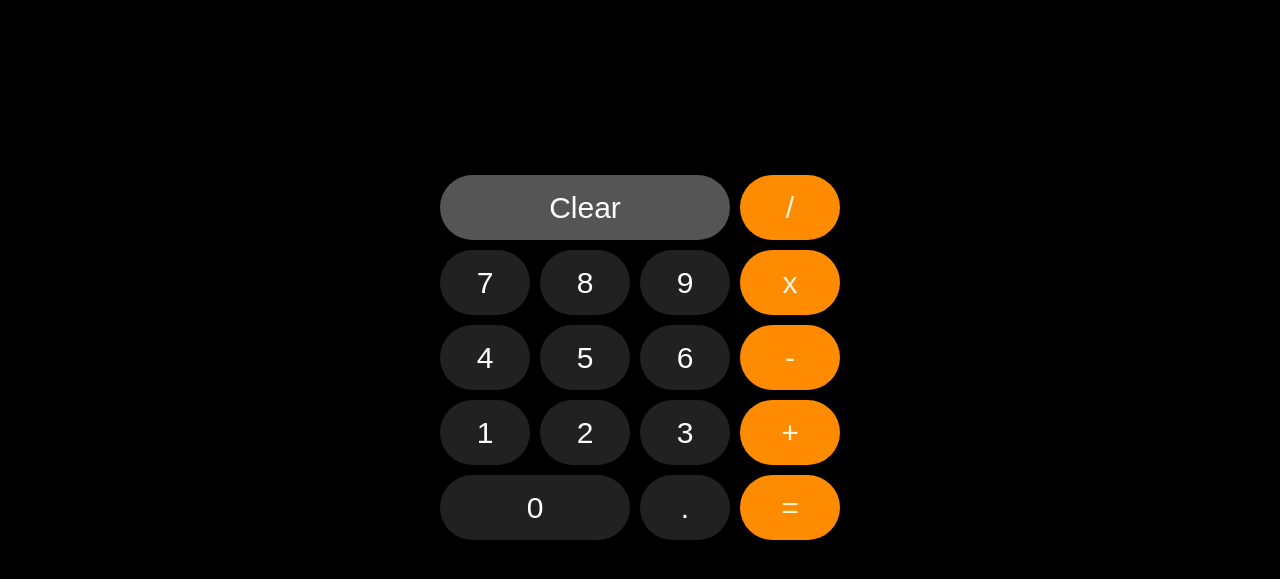
Repository: kocokoy/Calculator
Page: index.html
The author's editor kept a copy of each file at every save. The page is drawn from the files as they stood at one save, then again after the next save.
The browser window is 1280 px wide. The pictures show the whole page.

Above is the page before, as saved 2024-10-22 17:08:18.

### index.html
<!DOCTYPE html>
<html lang="en">
<head>
  <meta charset="UTF-8">
  <meta name="viewport" content="width=device-width, initial-scale=1.0">
  <link rel="stylesheet" href="/style.css">
  <title>Document</title>
</head>
<body>
  <div class="container">
    <div class="output-number">
      <div class="number"></div>
    </div>
    <div class="calculator-container">
      <div class="number-and-clear-container">
        <div class="clear-button-container">
        </div>
        <div class="number-container">

        </div>
        <div class="zero-button-container">
        </div>
      </div>
      <div class="operator-container"></div>
    </div>
  </div>
  <script src="/script.js"></script>
</body>
</html>

### style.css
body{
  padding: 0;
  margin: 0;
  height: 100%;
  background-color: black;
  font-family: Arial, Helvetica, sans-serif;
}
button{
  border: none;
  border-radius: 100px;
  height: 65px;
  margin: 0;
  padding: 0;
  font-size: 30px;
  cursor: pointer;
}
.container{
  display: flex;
  align-items: center;
  justify-content: center;
  flex-direction: column;
  height: 100vh;
}
.calculator-container{
  display: flex;
  align-items: center;
  justify-content: center;
}
.number-and-clear-container{
  height: 450px;
  width: 300px;
  display: block;
}
.clear-button-container{
  display: grid;
  grid-template-columns: 1fr;
  margin-bottom: 10px;
}
.clear-button-container button{
  margin-right: 10px;
  background-color: rgb(85, 85, 85);
  color: rgb(255, 255, 255);
}
.number-container{
  display: grid;
  grid-template-columns: 1fr 1fr 1fr;
  direction: rtl;
}
.number-container button{
  margin-bottom: 10px;
  margin-right: 10px;
  background-color: hsl(0, 0%, 13%);
  color: white;
}
.zero-button-container{
  display: grid;
  grid-template-columns: 1fr 100px;
}
.zero-button-container button{
  margin-right: 10px;
  background-color: hsl(0, 0%, 13%);
  color: white;
}

.operator-container{
  height: 450px;
  width: 100px;
  display: flex;
  flex-direction: column;
}
.operator-container button{
  font-size: 30px;
  margin-bottom: 10px;
  color: beige;
  background-color: hsl(33, 100%, 50%);
}

.output-number{
  height: 70px;
  width: 395px;
  margin-bottom: 10px;
  display: flex;
  justify-content: end;
  font-size: 70px;
  color: white;
}

### script.js
const calculatorButton = ['Clear',1,2,3,4,5,6,7,8,9,0,'.'];
const operatorContent = ['/','x','-','+','='];
const numberContainer = document.querySelector('.number-container');
const clearButtonContainer = document.querySelector('.clear-button-container');
const zeroButtonContainer = document.querySelector('.zero-button-container');
const operatorContainer = document.querySelector('.operator-container');
const outputElement = document.querySelector('.number');
// const number = document.querySelector('.number');

let num1 = '';
let num2 = '';
let operator = '';
let result = 0;
let equals ='';
let html = '';
// clearButton();

const descendedNumber = calculatorButton.sort((a,b) => b-a)
for(const num of descendedNumber){
    const button = document.createElement('button');
    if(num === 'Clear'){
      button.classList.add('clear-button');
      button.textContent = num;
      clearButtonContainer.appendChild(button);
    }else if(num === 0 || num === '.'){
      button.classList.add('zero-button');
      button.textContent = num;
      zeroButtonContainer.appendChild(button);
    }else{
      button.classList.add('number-button');
      button.textContent = num;
      numberContainer.appendChild(button);
    }
}

operatorContent.forEach(oper => {
  const button = document.createElement('button');
  button.classList.add('operator-button');
  button.textContent = oper;
  operatorContainer.appendChild(button);
});

const operatorButton = document.querySelectorAll('.operator-button');
operatorButton.forEach((operButton,i) => {
  operButton.addEventListener('click', () => {
    if(operButton.textContent != '='){
      operator = operButton.textContent;
      outputElements(operator);
    }else{
      equals = operButton.textContent;
      if(equals === '='){
        console.log(`${num1}${operator}${num2}`)
        operate(num1,num2,operator);
      }
    }

  })
})

const numberButton = document.querySelectorAll('.number-button');
numberButton.forEach((numButton,i) => {
  numButton.addEventListener('click', () => {
    console.log(numButton);
    if (operator === '') {
      num1 += numButton.textContent;
      outputElements(numButton.textContent);
      console.log('Num1:', num1);
    } else {
      num2 += numButton.textContent;
      outputElements(numButton.textContent);
      console.log('Num2:', num2);
    }
  })
})

function clearButton(){
  const clearButton = document.querySelector('.clear-button');
  clearButton.addEventListener('click',() => {
    num1 = '';
    num2 = '';
    operator = '';
    result = 0;
    equals ='';
    html = '';
    outputElement.textContent = '';
  })
}


function outputElements(a){
  if(num1 && num2 && operator && equals){
    outputElement.textContent = '';
    outputElement.textContent = a;
  }else{
    html+=a;
    console.log(html);
    outputElement.textContent = html;
  }
}

function operate(num1,num2,operator){
  number1 = parseInt(num1,10);
  number2 = parseInt(num2,10);
  if(operator === '+'){
    addOperator(number1,number2);
  }else if(operator === '-'){
    minusOperator(number1,number2);
  }else if(operator === '*'){
    timesOperator(number1,number2);
  }else if(operator === '/'){
    divideOperator(number1,number2);
  }
}

const addOperator = (a,b) => {
  console.log(a,b);
  result = a + b;
  outputElements(result);
  clearButton();
  return console.log(result);
}

const minusOperator = (a,b) => {
  result = a-b;
  outputElements(result);
  return console.log(result);
}

const timesOperator = (a,b) => {
  result = a*b;
  outputElements(result);
  return console.log(result);
}

const divideOperator = (a,b) => {
  sum = a/b;
  outputElements(result);
  return console.log(result);
}

After the next save:
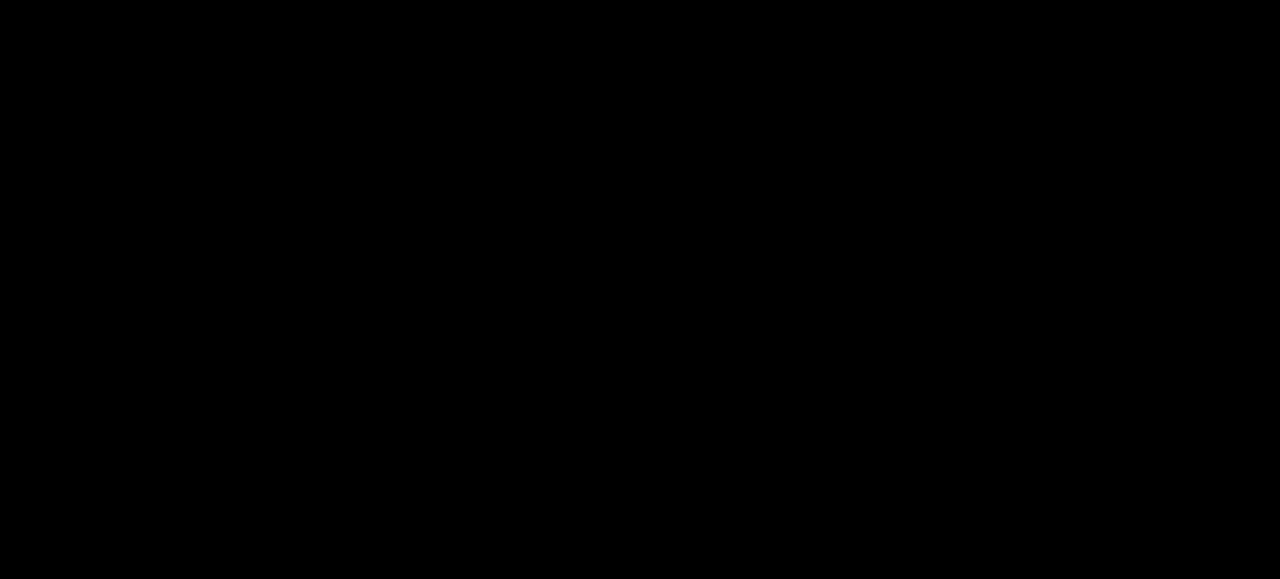
Console error: SyntaxError: Identifier 'clearButton' has already been declared
Saved 4 min 41 s later.
--- a/script.js
+++ b/script.js
@@ -73,9 +73,13 @@
   })
 })
 
-function clearButton(){
+
   const clearButton = document.querySelector('.clear-button');
   clearButton.addEventListener('click',() => {
+    clearButton();
+  })
+
+  function clearButton(){
     num1 = '';
     num2 = '';
     operator = '';
@@ -83,8 +87,7 @@
     equals ='';
     html = '';
     outputElement.textContent = '';
-  })
-}
+  }
 
 
 function outputElements(a){

After the save that followed:
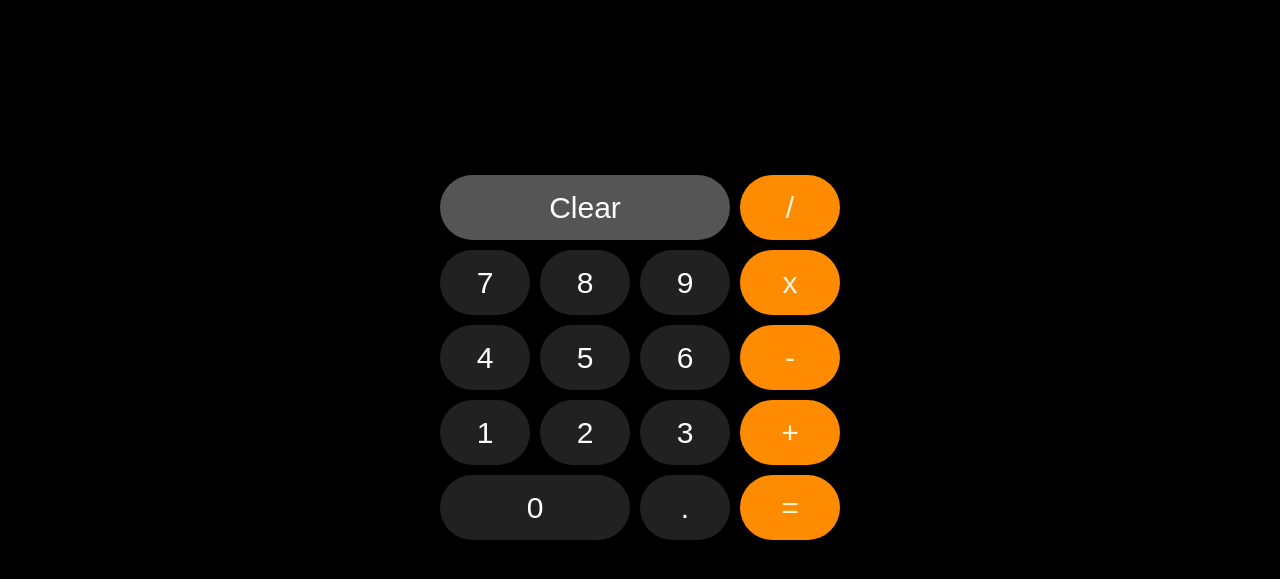
The error is gone.
Saved 29 s later.
--- a/script.js
+++ b/script.js
@@ -73,13 +73,12 @@
   })
 })
 
+const clearButton = document.querySelector('.clear-button');
+clearButton.addEventListener('click',() => {
+  clearContent();
+})
 
-  const clearButton = document.querySelector('.clear-button');
-  clearButton.addEventListener('click',() => {
-    clearButton();
-  })
-
-  function clearButton(){
+  function clearContent(){
     num1 = '';
     num2 = '';
     operator = '';
